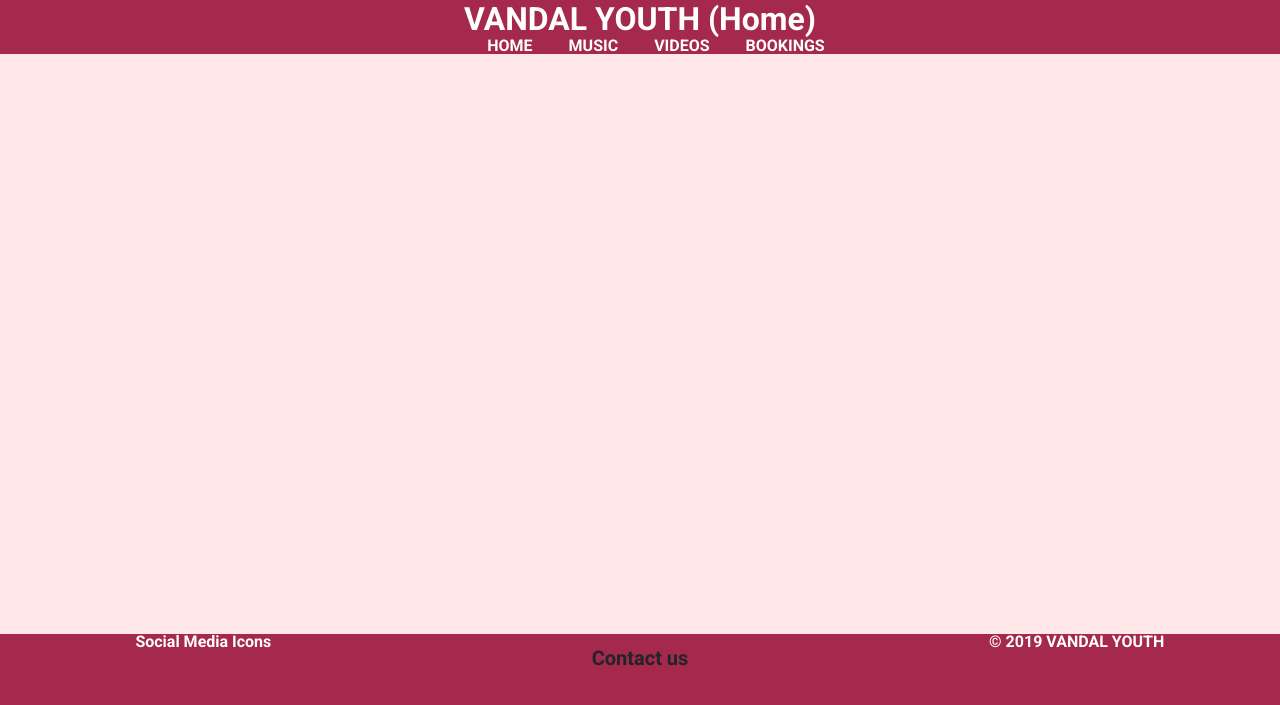
Repository: dof-bull/ci_milestone_project_1_Vandal_Youth
Page: index.html
The author's editor kept a record of every edit. The page is drawn from the files as they stood at one moment, then again after the next edit.
The browser window is 1280 px wide. The pictures show the whole page.

Above is the page before.

After the next edit:
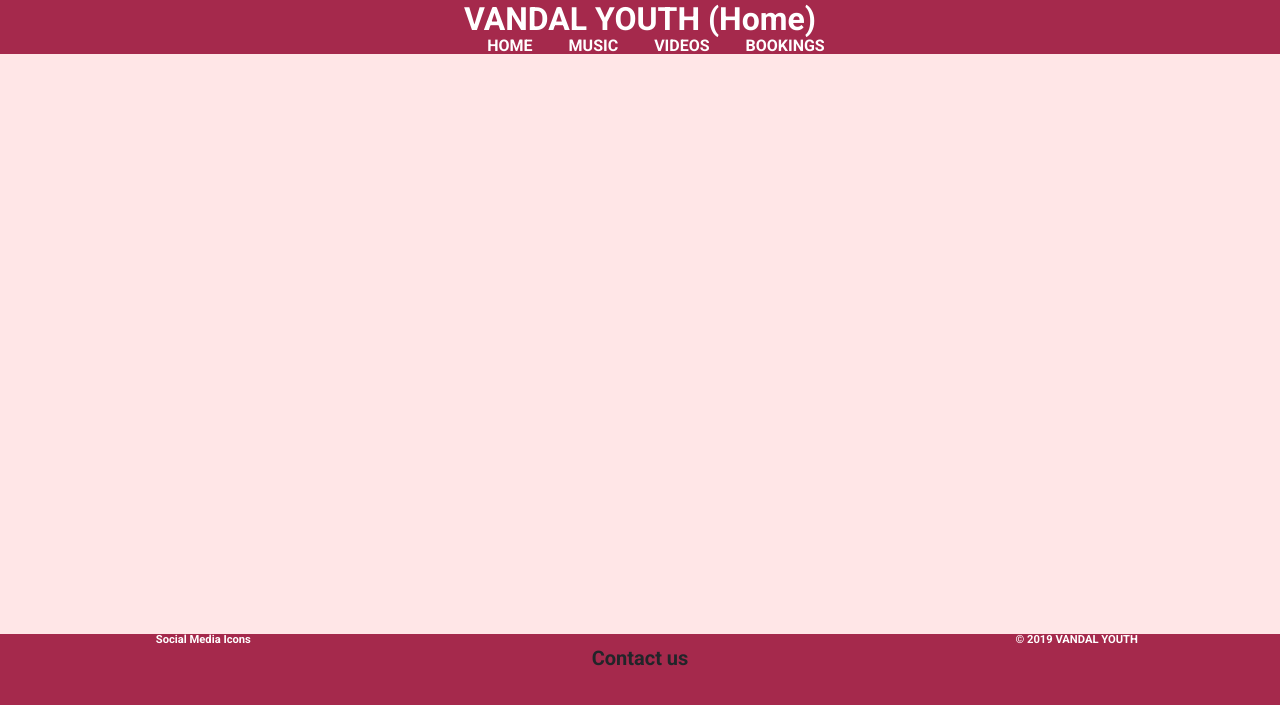
The edit:
--- a/assets/css/style.css
+++ b/assets/css/style.css
@@ -84,7 +84,7 @@
     background-color: #a5294c;
     color: white;
     text-align: center;
-    font-size: 100%;
+    font-size: 70%;
     line-height: 100%;
     height: 12%;
     margin-left: 2.5%;
